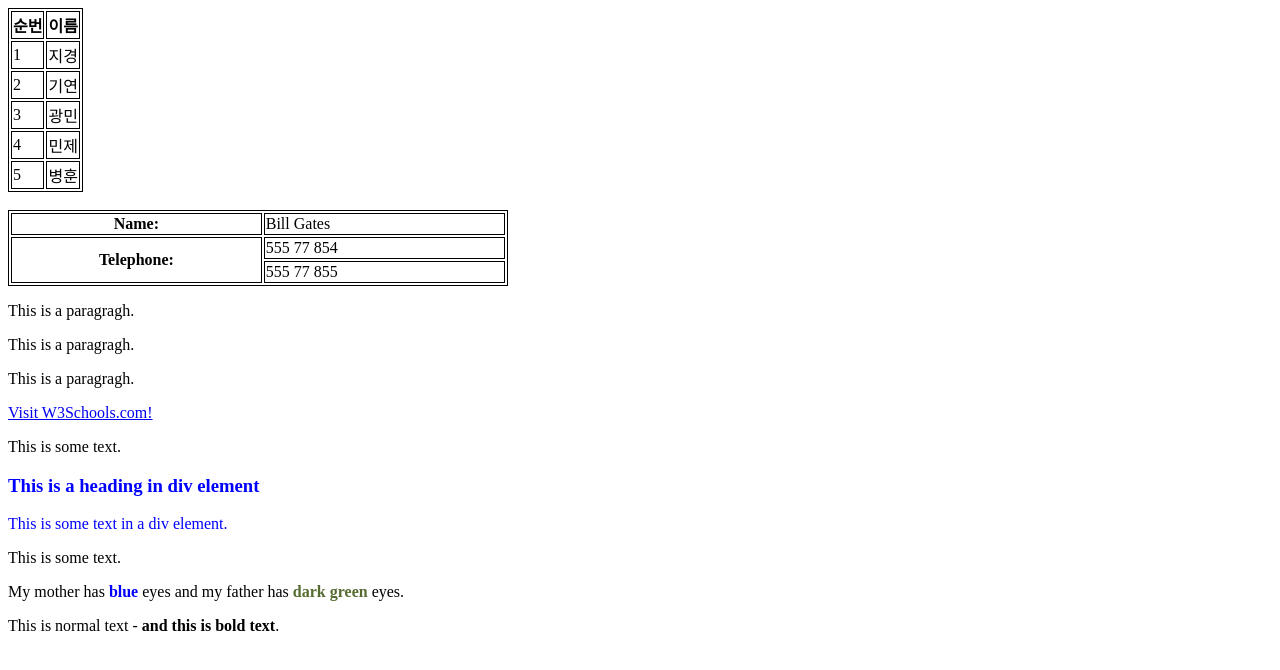
Repository: BaekJiGyeong/JSP
Page: http://localhost/AA_HelloJSP/exercise.jsp
The author's editor kept a copy of each file at every save. The page is drawn from the files as they stood at one save, then again after the next save.
The browser window is 1280 px wide. The pictures show the whole page.
The page is served by Tomcat 9.

Above is the page before, as saved 2016-02-02 08:10:35.

### AA_HelloJSP/WebContent/exercise.jsp
<%@ page language="java" contentType="text/html; charset=UTF-8"
    pageEncoding="UTF-8"%>

    <% String[] names = new String[]{"지경","기연","광민","민제","병훈"}; %>

<!DOCTYPE html >
<html>
<head>
<style>
table, th, td {
	border: 1px solid black;
}
</style>
<meta http-equiv="Content-Type" content="text/html; charset=UTF-8">
<title>지경이 JSP연습</title>

</head>
<body>

<table>
	<tr>
		<th>순번</th>
		<th>이름</th>
	</tr>
	<%
	for ( int i=0; i<5; i++){ %>
	<tr>
		<td><%=i+1 %></td>
		<td><%=names[i] %></td>
	</tr>
	<%}%>

</table>
<br/>
<table style="width:500px">
  <tr>
    <th>Name:</th>
    <td>Bill Gates</td>
  </tr>
  <tr>
    <th rowspan="2">Telephone:</th>
    <td>555 77 854</td>
  </tr>
  <tr>
    <td>555 77 855</td>
  </tr>
</table>

<p>This is a paragragh.</p>
<p>This is a paragragh.</p>
<p>This is a paragragh.</p>

<a href="http://www.w3schools.com">Visit
W3Schools.com!</a>

<p>This is some text.</p>

<div style="color:#0000FF">
<h3>This is a heading in div element</h3>
<p>This is some text in a div element.</p>
</div>

<p>This is some text.</p>

<p>My mother has
	<span style="color:blue;font-weight:bold">blue</span>
	eyes and my father has <span style="color:darkolivegreen;
	font-weight:bold">dark green</span> eyes.
</p>

<p>This is normal text - <b>and this is bold text</b>.</p>


</body>
</html>

After the next save:
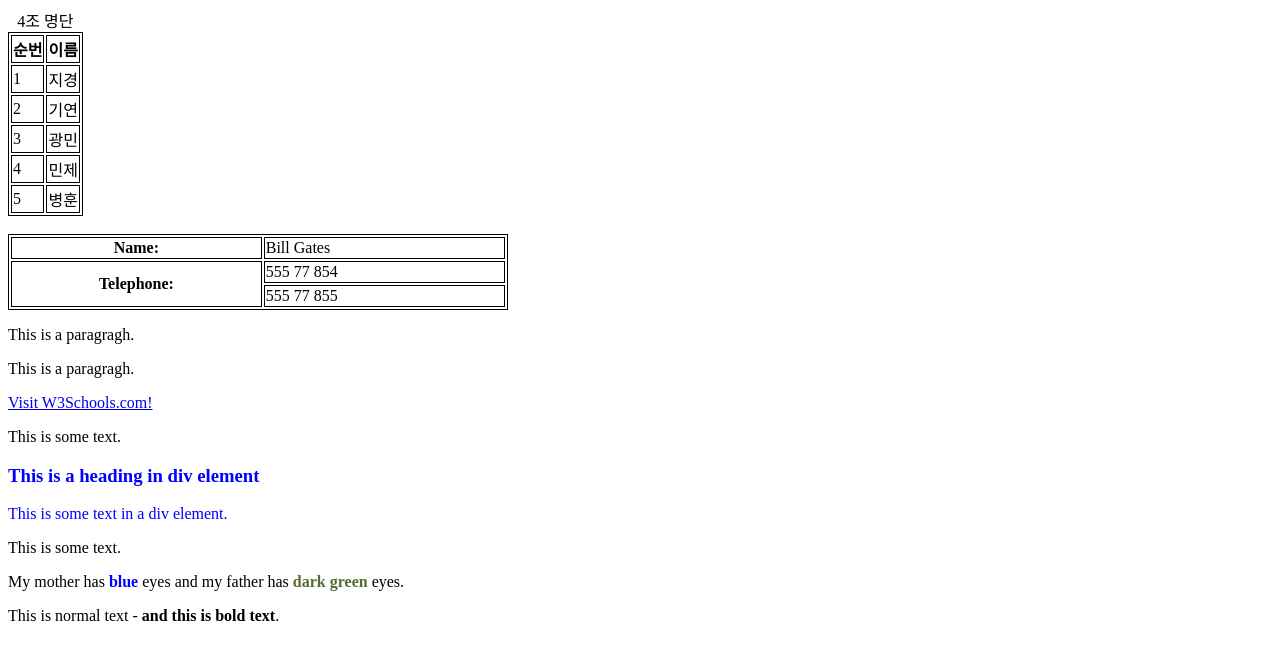
Saved 25 min 51 s later.
--- a/AA_HelloJSP/WebContent/exercise.jsp
+++ b/AA_HelloJSP/WebContent/exercise.jsp
@@ -18,6 +18,7 @@ table, th, td {
 <body>
 
 <table>
+<caption>4조 명단</caption>
 	<tr>
 		<th>순번</th>
 		<th>이름</th>
@@ -48,7 +49,6 @@ table, th, td {
 
 <p>This is a paragragh.</p>
 <p>This is a paragragh.</p>
-<p>This is a paragragh.</p>
 
 <a href="http://www.w3schools.com">Visit
 W3Schools.com!</a>
